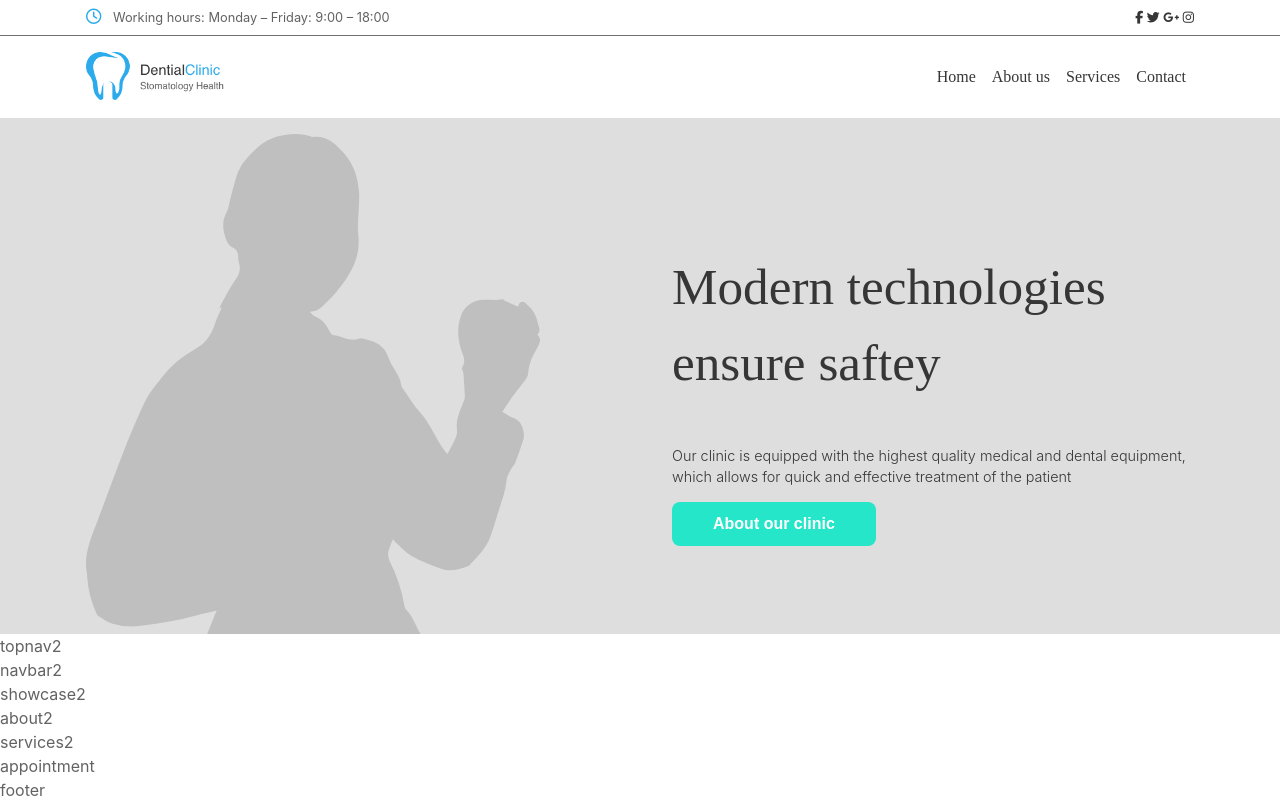
Repository: skepp4rn/uppgift1
Page: index.html
An editor plug-in stored every save of this project. The page is shown before and after the next save, followed by the edit.
The browser window is 1280 px wide. The pictures show the whole page.
Some web libraries are served in a nearby version.

Above is the page before, as saved 2020-11-20 17:18:08.

After the next save:
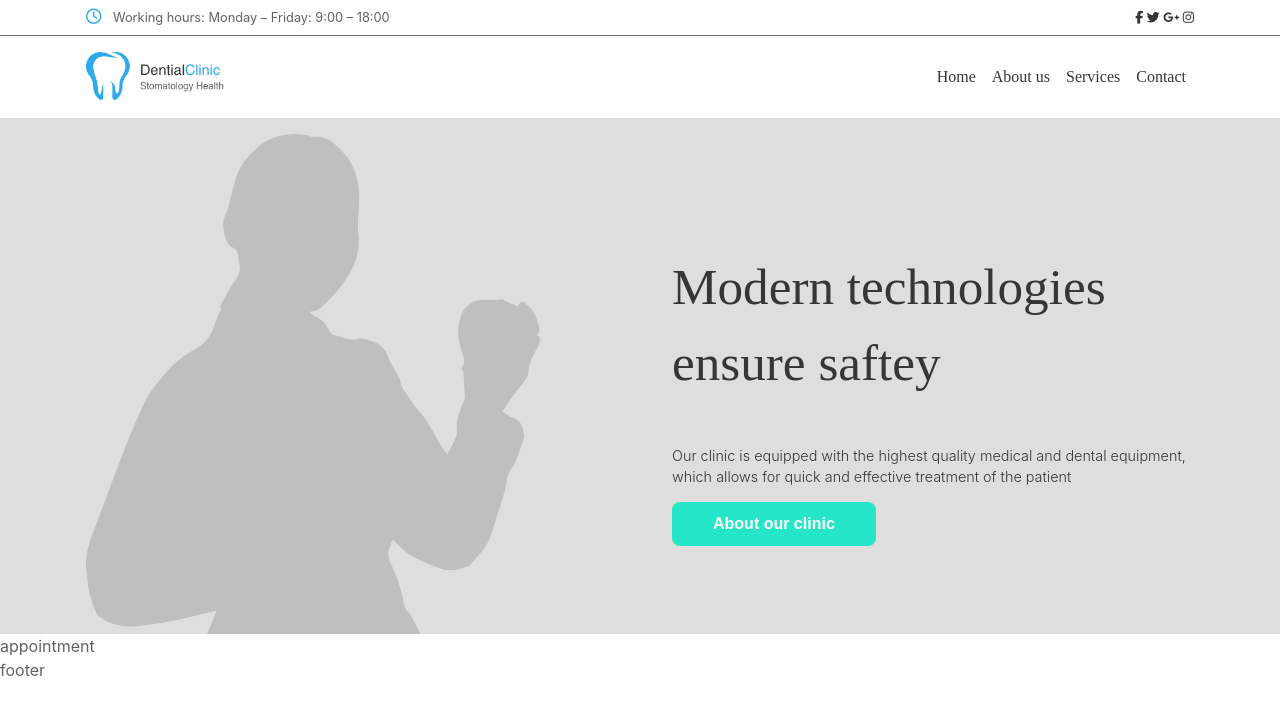
Saved 5 days later.
--- a/index.html
+++ b/index.html
@@ -68,14 +68,7 @@
 
 
 
-   <div class="grid2">
-        <header>
-            <nav id="topnav2">topnav2</nav>
-            <nav id="navbar2">navbar2</nav>
-        </header>
-        <section id="showcase2">showcase2</section>
-        <section id="about2">about2</section>
-        <section id="services2">services2</section>
+   <div class="grid">
         <section id="appointment">appointment</section>
         <footer class="bg-blue">footer</footer>
     </div>
